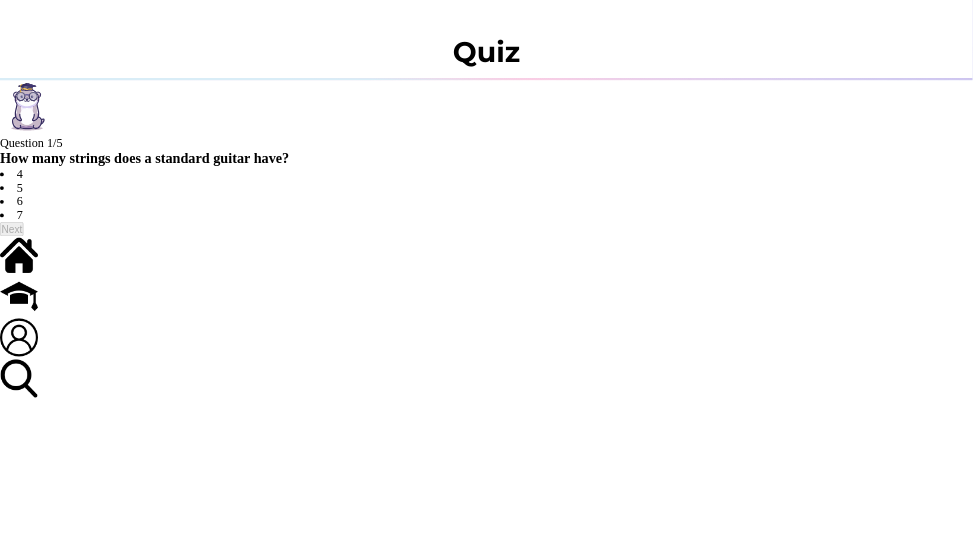
Repository: 1medi/pocketprof
Page: /quiz/page
The author's editor kept a copy of each file at every save. The page is drawn from the files as they stood at one save, then again after the next save.
The browser window is 1280 px wide. The pictures show the whole page, at 76% of full size.
The project was rebuilt for these pictures with package versions that can differ from the ones it lists, and the page was loaded fresh each time. The framework's server and built-in components were replaced by stand-ins that run in the browser. Also part of the build but not shown: next.config.mjs, Components/Buttons/Oscar/Oscar.module.css, Components/Buttons/Oscar/index.js.

Above is the page before, as saved 2024-04-14 06:40:46.

After the next save:
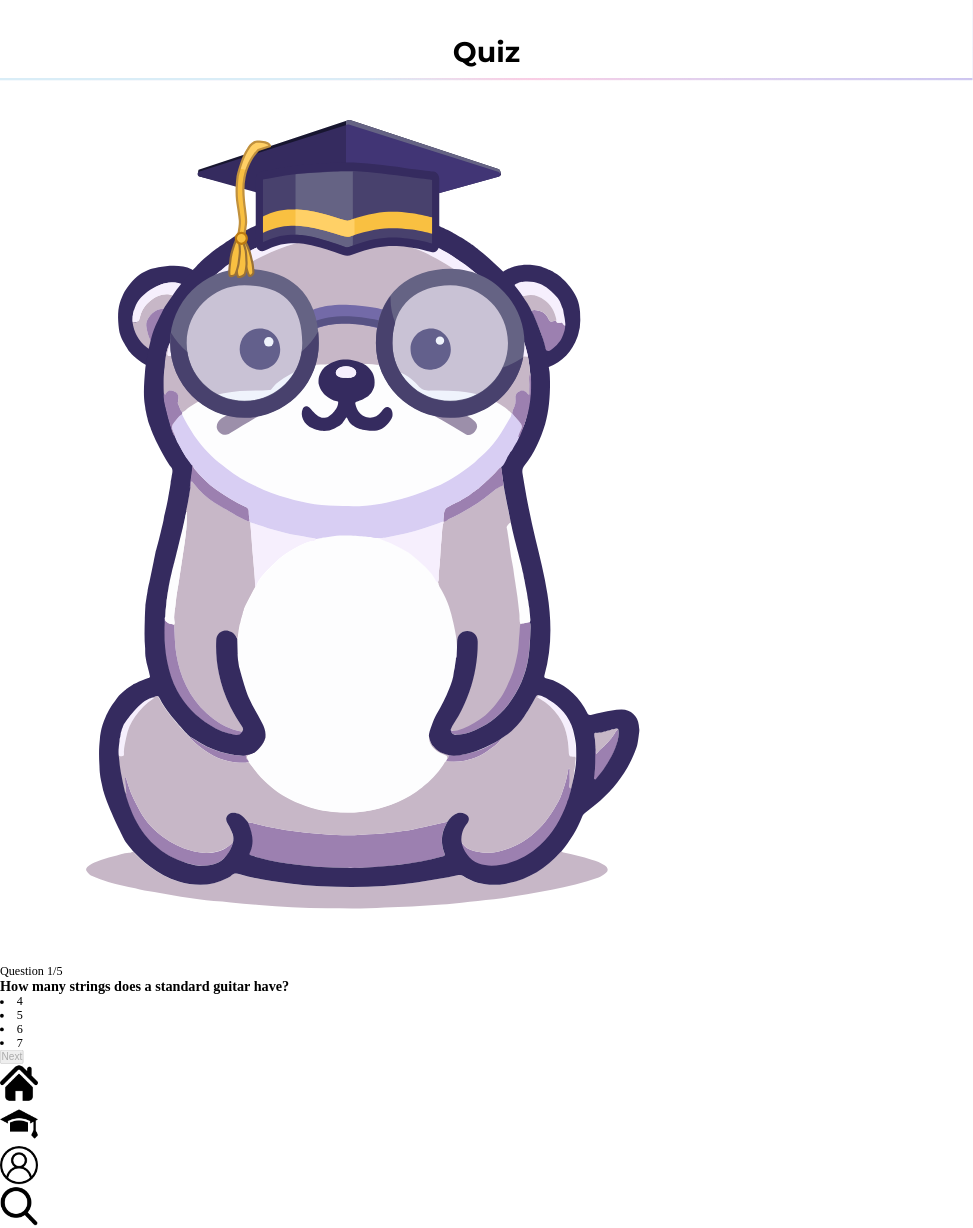
Saved 24 s later.
--- a/pages/quiz/page.jsx
+++ b/pages/quiz/page.jsx
@@ -83,8 +83,8 @@ export default function Page() {
     <Image
       priority
       src="/img/oscar/oscar-main.svg"
-      width="70px"
-      height="70px"
+      width="70%"
+      height="70%"
       alt="oscar"
       className={styles.oscar}
     />

After the save that followed:
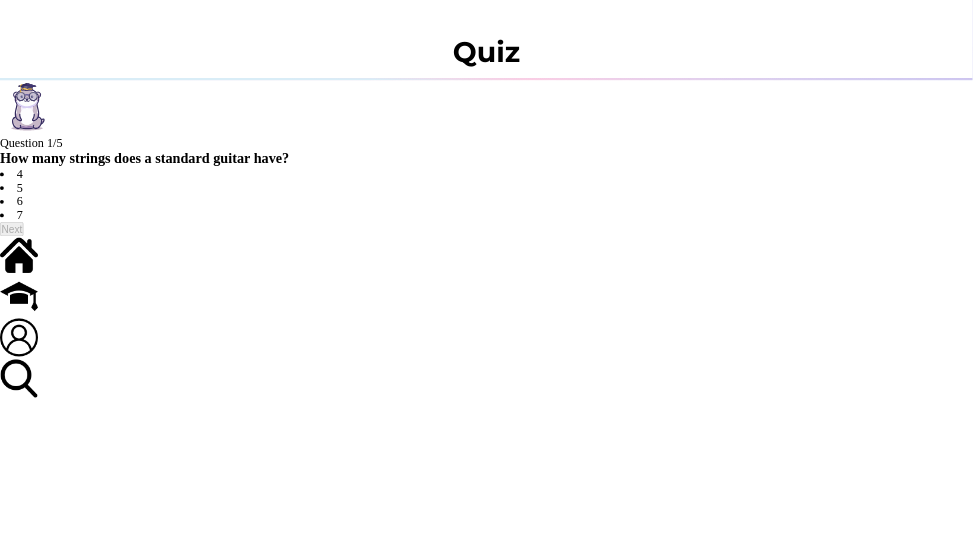
Saved 4 s later.
--- a/pages/quiz/page.jsx
+++ b/pages/quiz/page.jsx
@@ -83,8 +83,8 @@ export default function Page() {
     <Image
       priority
       src="/img/oscar/oscar-main.svg"
-      width="70%"
-      height="70%"
+      width="70"
+      height="70"
       alt="oscar"
       className={styles.oscar}
     />
